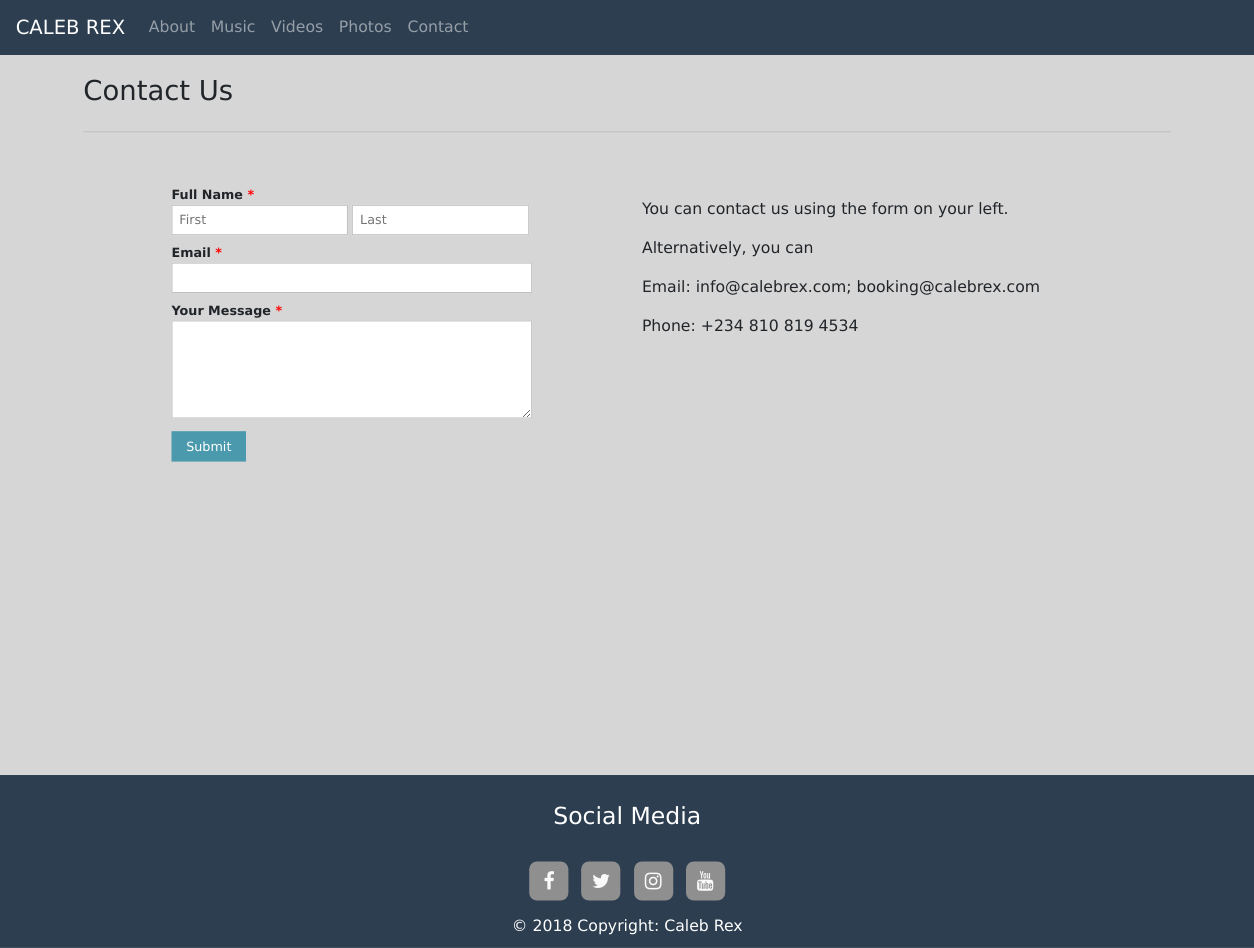
Repository: IchaTreasure/caleb-rex
Page: contact.html
The author's editor kept a record of every edit. The page is drawn from the files as they stood at one moment, then again after the next edit.
The browser window is 1280 px wide. The pictures show the whole page, at 98% of full size.
Some web libraries are served in a nearby version.

Above is the page before.

After the next edit:
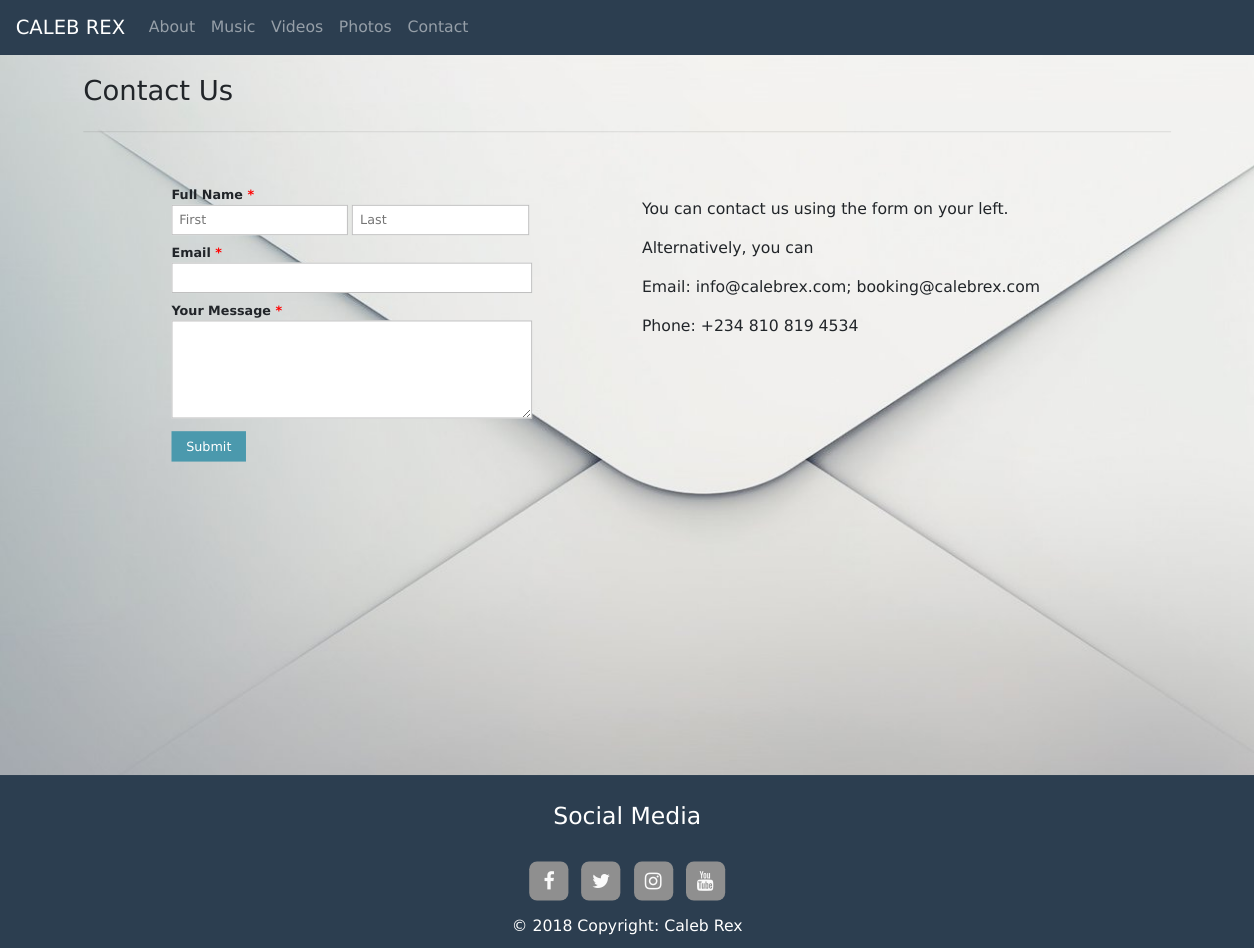
The edit:
--- a/contact.html
+++ b/contact.html
@@ -45,7 +45,7 @@
     </nav>
 
     <!-- contact section -->
-    <section style="background-color: #D6D6D6">
+    <section style="background-color: #D6D6D6; background-image: url('images/bg_contact.jpg'); Width: 100%;">
         <!-- Page Content -->
         <div class="container" Style="padding-top: 20px">
             <div class="row">
